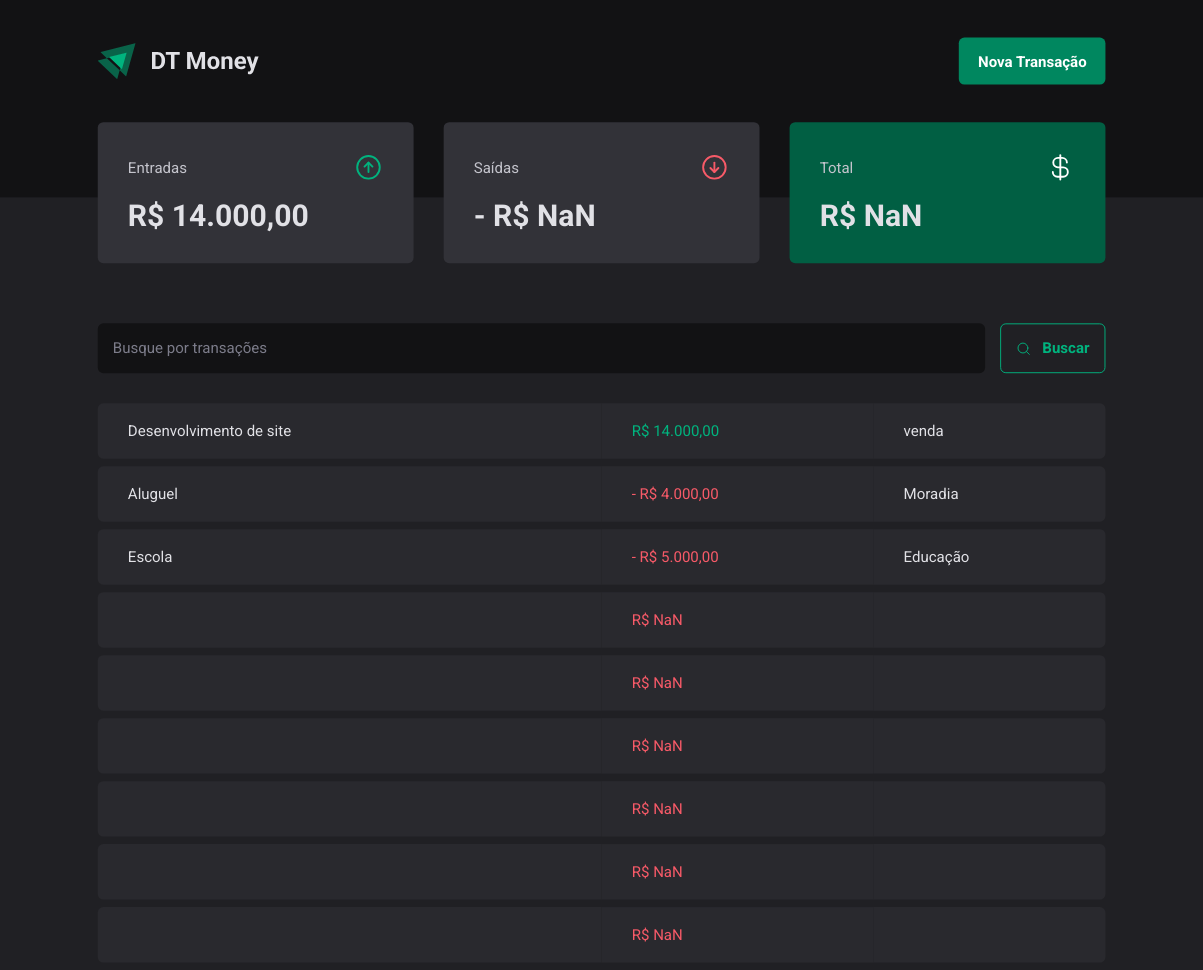
Repository: viniciusfg05/dtmoney
Page: /
The author's editor kept a copy of each file at every save. The page is drawn from the files as they stood at one save, then again after the next save.
The browser window is 1280 px wide. The pictures show the whole page, at 94% of full size.
The project was rebuilt for these pictures with package versions that can differ from the ones it lists, and the page was loaded fresh each time. Requests to the local data server were answered from the project's data file. Also part of the build but not shown: vite.config.ts.

Above is the page before, as saved 2022-10-11 14:03:06.

### index.html
<!DOCTYPE html>
<html lang="en">
  <head>
    <meta charset="UTF-8" />
    <link rel="preconnect" href="https://fonts.googleapis.com" />
    <link rel="preconnect" href="https://fonts.gstatic.com" crossorigin />

    <link rel="icon" type="image/svg+xml" href="/vite.svg" />
    <meta name="viewport" content="width=device-width, initial-scale=1.0" />

    <link
      href="https://fonts.googleapis.com/css2?family=Roboto:wght@400;700&display=swap"
      rel="stylesheet"
    />

    <title>dtmoney</title>
  </head>
  <body>
    <div id="root"></div>
    <script type="module" src="/src/main.tsx"></script>
  </body>
</html>

### src/App.tsx
import { ThemeProvider } from "styled-components";
import { CoffeeContextProvider } from "./components/context/contextApi";
import { Summary } from "./components/Summary";
import { Transations } from "./pages/Transations";
import { GlobalStyles } from "./Styles/Global";
import { defaultTheme } from './Styles/Theme/Default'


export function App() {

  return (
    <ThemeProvider theme={defaultTheme}>
      <CoffeeContextProvider>
        <Transations />



        <GlobalStyles />
      </CoffeeContextProvider>
    </ThemeProvider>
  )
}

### src/components/context/contextApi.tsx
import { createContext, ReactNode, useEffect, useState } from "react";

interface TransactionsProps {
    id: number;
    descriptions: string;
    type: "income" | "outcome"
    category: string;
    price: number;
    createdAt: string;
}


interface TransactionType {
    transactions: TransactionsProps[];
    fetchDataTransaction: (query?: any) => Promise<void>;
}

interface TransactioProviderProps {
    children: ReactNode
}

export const TransactionContext = createContext({} as TransactionType);

export function CoffeeContextProvider({ children }: TransactioProviderProps) {
    const [ transactions, setTransaction] = useState<TransactionsProps[]>([])


    async function fetchDataTransaction(query?: string) {
        const url = new URL("http://localhost:3000/transactions")

        if (query) {
             url.searchParams.append('q', query)
        }

        const response = await fetch(url)
        const data = await response.json()

        setTransaction(data)

        // await api
        // .get("/transactions") //rota possivelmente criariamos no futuro
        // .then((response) => setTransaction(response.data)); //console .log nos dados
    };

    useEffect(() => {
        fetchDataTransaction();
    }, []);

    return (
        <TransactionContext.Provider value={{ transactions, fetchDataTransaction }}>
            {children}
        </TransactionContext.Provider>
    )
}

### src/pages/Transations/index.tsx
import { useContext, useEffect, useState } from "react";
import { TransactionContext } from "../../components/context/contextApi";
import { Header } from "../../components/Header";
import { Summary } from "../../components/Summary";
import { dateFormatter, priceFormatter } from "../../components/Utils/Formated";
import { api } from "../../services/api";
import { SeachForm } from "./components/SeachForm";
import { PriceHightLightStyled, TransactionTableStyled, TransationsConteinerStyled } from "./styles";

interface transactionsProps {
    id: number;
    descriptions: string;
    type: "income" | "outcome"
    category: string;
    price: number;
    createdAt: string;
}

export function Transations() {
    const { transactions } = useContext(TransactionContext)

    return (
        <>
            <Header />
            <Summary />


            <TransationsConteinerStyled>
                <SeachForm />

                <TransactionTableStyled>
                    <tbody>
                        {transactions.map(transactions => (

                            <tr key={transactions.id}>
                            <td width="50%" >{transactions.descriptions}</td>
                            <td>
                                <PriceHightLightStyled variant={transactions.type}>
                                    {transactions.type === "outcome" && "- "}
                                    {priceFormatter.format(transactions.price)}
                                </PriceHightLightStyled>
                            </td>
                            <td>{transactions.category}</td>
                            {/* <td>{dateFormatter.format(new Date(transactions.createdAt))}</td> */}
                        </tr>
                        ))}
                    </tbody>
                </TransactionTableStyled>
            </TransationsConteinerStyled>
        </>
    )
}

### src/Styles/Global.tsx
import { createGlobalStyle } from 'styled-components'

export const GlobalStyles = createGlobalStyle`
  * {
    margin: 0;
    padding: 0;
    box-sizing: border-box;
    /* font-size: 87.5%; */
  }

  :focus {
    outline: 0;
    box-shadow: 0 0 0 2px ${(props) => props.theme['green-500']};
  }

  body {
    background: ${(props) => props.theme['gray-800']};
    color: ${(props) => props.theme['gray-100']};
    font-size: 2.4rem;
  }

  body, input, textarea, button {
    font-family: 'Roboto', sans-serif;
    font-weight: 400;
    font-size: 1rem;

    -webkit-font-smoothing: antialiased;
  }

  @media (max-width: 600px) {
    * {
    font-size: 87.5%;
    }
  }

`

### src/Styles/Theme/Default.ts
export const defaultTheme = {
  white: '#fff',

  'gray-100': '#E1E1E6',
  'gray-300': '#C4C4CC',
  'gray-400': '#8D8D99',
  'gray-500': '#7C7C8A',
  'gray-600': '#323238',
  'gray-700': '#29292E',
  'gray-800': '#202024',
  'gray-900': '#121214',

  'green-300': '#00B37E',
  'green-500': '#00875F',
  'green-700': '#015F43',

  'red-300': '#F75A68',
  'red-500': '#AB222E',
  'red-700': '#7A1921',
} as const

### src/components/Header/index.tsx
import logo from  '../../assets/logo.svg'
import * as Dialog from '@radix-ui/react-dialog';
import { HeaderContainerStyled, HeaderContentStyled, NewTransationButtonStyled } from './styles'
import { NewTransationModal } from '../NewTransaction';

const style = { background: "red",  }

export function Header() {

  return (
    <HeaderContainerStyled>
      <HeaderContentStyled>
        <img src={logo} alt="" />

        <Dialog.Root>
          <Dialog.Trigger asChild>
            <NewTransationButtonStyled>Nova Transação</NewTransationButtonStyled>
          </Dialog.Trigger>

          <NewTransationModal />

        </Dialog.Root>
      </HeaderContentStyled>
    </HeaderContainerStyled>
  )
}

### src/components/Summary/index.tsx
import { ArrowCircleDown, ArrowCircleUp, CurrencyDollar } from "phosphor-react";
import { useContext } from "react";
import { useSummary } from "../../hooks/useSummary";
import { TransactionContext } from "../context/contextApi";
import { priceFormatter } from "../Utils/Formated";
import { SummaryCardStyled, SummaryContainerStyled } from "./styles";

export function Summary() {
    const somarTransaction = useSummary()

    return (
        <SummaryContainerStyled>
            <SummaryCardStyled>
                <header>
                    <span>Entradas</span>

                    <ArrowCircleUp size={32}  color="#00b37e"/>
                </header>

                <strong>{priceFormatter.format(somarTransaction.income)}</strong>
            </SummaryCardStyled>

            <SummaryCardStyled>
                <header>
                    <span>Saídas</span>

                    <ArrowCircleDown size={32}  color="#f75a68"/>
                </header>

                <strong>
                    - {priceFormatter.format(somarTransaction.outcome)}</strong>
            </SummaryCardStyled>

            <SummaryCardStyled variant="green" >
                <header>
                    <span>Total</span>

                    <CurrencyDollar size={32}  color="#fff"/>
                </header>

                <strong>{priceFormatter.format(somarTransaction.total)}</strong>
            </SummaryCardStyled>


        </SummaryContainerStyled>
    )
}

### src/components/Utils/Formated.tsx

export const dateFormatter = new Intl.DateTimeFormat('pt-BR')

export const priceFormatter = new Intl.NumberFormat('pt-BR', {
    style: "currency",
    currency: "BRL"
})

### src/pages/Transations/components/SeachForm/index.tsx
import { MagnifyingGlass } from "phosphor-react";
import { useForm } from "react-hook-form";
import { SeshFormContainer } from "./styles";
import * as zod from "zod"
import { zodResolver } from "@hookform/resolvers/zod"
import { useContext } from "react";
import { TransactionContext } from "../../../../components/context/contextApi";



const serchFormSchema = zod.object({
    query: zod.string()
})

type SerchFormInput = zod.infer<typeof serchFormSchema>

export function SeachForm() {
    const { fetchDataTransaction } = useContext(TransactionContext)


    const {  register, handleSubmit, formState: { isSubmitted }} = useForm<SerchFormInput>({
        resolver: zodResolver(serchFormSchema)
    })

    async function handleSearchTransactions(data: SerchFormInput) {
        await  fetchDataTransaction(data.query)
    }

    return (
        <SeshFormContainer onSubmit={handleSubmit(handleSearchTransactions)}>
            <input
                type="text"
                placeholder="Busque por transações"
                {...register('query')}
            />

            <button type="submit" disabled={isSubmitted}>
                <MagnifyingGlass />
                Buscar
            </button>
        </SeshFormContainer>
    )
}

### src/pages/Transations/styles.ts
import styled from "styled-components";

export const TransationsConteinerStyled = styled.div`
    width: 100%;
    max-width:  1120px;

    margin: 4rem auto 0;
    padding: 0 1.5rem;
`

export const TransactionTableStyled = styled.table`
    width: 100%;
    border-collapse: separate;
    border-spacing: 0 0.5rem;
    margin-top: 1.5rem;

    td {
        padding:  1.25rem 2rem;
        background: ${(props) => props.theme["gray-700"]};

        &:first-child {
            border-top-left-radius: 6px;
            border-bottom-left-radius: 6px;
        }

        &:last-child {
            border-top-right-radius: 6px;
            border-bottom-right-radius: 6px;
        }
    }
`

interface PriceHightLightStyledProps {
    variant?: 'income' | 'outcome'
}

export const PriceHightLightStyled = styled.span<PriceHightLightStyledProps>`
    color: ${(props) => props.variant === 'income' ? props.theme["green-300"] : props.theme["red-300"]} ;
`

### src/components/Header/styles.ts
import styled from 'styled-components'


export const HeaderContainerStyled = styled.header`
    background:  ${(props) => props.theme['gray-900']};
    padding: 2.5rem 0 7.5rem 0;
`

export const HeaderContentStyled = styled.div`
    width: 100%;
    max-width:  1120px;

    margin: 0 auto;
    padding: 0 1.5rem;

    display: flex;
    align-items: center;
    justify-content: space-between;
`

export const NewTransationButtonStyled = styled.button`
    height: 50px;
    border: 0;
    background: ${(props) => props.theme['green-500']};
    color: ${(props) => props.theme.white};
    font-weight: bold;
    padding: 0 1.25rem;
    border-radius: 6px;
    cursor: pointer;

    &:hover {
        transition:  background-color 0.3s;
        background: ${(props) => props.theme['green-700']};

    }

`

### src/hooks/useSummary.tsx
import { useContext } from "react";
import { TransactionContext } from "../components/context/contextApi";

export function useSummary() {

const { transactions } = useContext(TransactionContext)

    const somarTransaction = transactions.reduce((acc, transaction ) => {
        if(transaction.type === "income") {
            acc.income += transaction.price; // pega o acc Income e soma com o price
            acc.total += transaction.price
        } else {
            acc.outcome += transaction.price; // pega o acc Outcome e soma com o price
            acc.total -= transaction.price
        }

        return acc
    }, {
        //Estrutura Inicial de dados
        income: 0,
        outcome: 0,
        total: 0,
    })

    return somarTransaction
}

### src/components/Summary/styles.ts
import styled, { css } from "styled-components";

export const SummaryContainerStyled = styled.section`
    width: 100%;
    max-width:  1120px;

    margin: 0 auto;
    padding: 0 1.5rem;

    display:  grid;
    grid-template-columns: repeat(3, 1fr);

    margin-top: -5rem;
    gap: 2rem
`

interface SummaryCardProps {
    variant?: 'green'
}

export const SummaryCardStyled = styled.div<SummaryCardProps>`
    background: ${(props) => props.theme['gray-600']} ;
    border-radius: 6px;
    padding: 2rem;

    header {
        display: flex;
        align-items: center;
        justify-content: space-between;
        color: ${(props) => props.theme['gray-300']};
    }

    strong {
        display: block;
        margin-top: 1rem;
        font-size: 2rem;
    }

    ${props => props.variant === 'green' && css`
        background: ${props.theme['green-700']}; ;
    `}
`

### src/pages/Transations/components/SeachForm/styles.ts
import styled from "styled-components";

export const SeshFormContainer = styled.form`
    display: flex;
    gap: 1rem;

    max-width:  1120px;

    margin: 0 auto;

    /* @media (max-width: 380px) {

        padding: 0 1.5rem;
    }
     */
    input {
        flex: 1;
        border-radius: 6px;
        border: 0;
        background: ${props => props.theme["gray-900"]};
        color: ${props => props.theme["gray-300"]};
        padding: 1rem;

        &::placeholder {
            color: ${props => props.theme["gray-500"]};
        }
    }

    button {
        display: flex;
        align-items: center;
        gap: 0.75rem;

        border: 0;
        padding: 1rem;
        background: transparent;
        border: 1px solid ${props => props.theme["green-300"]};
        color: ${props => props.theme["green-300"]};
        font-weight: bold;
        border-radius: 6px;

        &:disabled {
            opacity: 0.5;
        }

        &:not(:disabled):hover {
            background: ${props => props.theme["green-500"]};
            border: 1px solid ${props => props.theme["green-500"]};
            color: ${props => props.theme["white"]};

            transition:  background-color 0.3s, color 0.3s;
            cursor: pointer;
        }
    }
`

### src/components/NewTransaction/styles.ts
import * as Dialog from '@radix-ui/react-dialog';
import * as RadioGroup from '@radix-ui/react-radio-group';
import styled from 'styled-components';
import { Transations } from '../../pages/Transations';


export const Overlay = styled(Dialog.Overlay)`
    position: fixed;
    width: 100vw;
    height: 100vh;
    inset: 0;

    background: rgba(0, 0 , 0, 0.75);
`

export const Content = styled(Dialog.Content)`
    min-width: 32rem;
    border-radius:  6px;
    padding:  2.5rem 3rem;
    background: ${props => props.theme['gray-800']};

    position: fixed;
    top: 50%;
    left: 50%;
    transform: translate(-50%, -50%); //Centralizar elementos na tela

    form {
        margin-top: 2rem;
        display: flex;
        flex-direction: column;
        gap: 1rem;

        input {
            border-radius: 6px;
            border: 0;
            background: ${props => props.theme['gray-900']};
            color: ${props => props.theme['gray-300']};
            padding: 1rem;

            &::placeholder {
                color: ${props => props.theme['gray-500']};

            }
        }

        button[type="submit"] {
            height: 3.62rem;
            border: 0;
            background: ${props => props.theme['green-500']};
            color: ${props => props.theme.white};
            font-weight: bold;
            padding: 0 1.25rem;
            border-radius: 6px;
            margin-top:  1.5rem;
            transition: background-color 0.3s, color;

            &:disabled {
                opacity: 0.5;
            }

            &:not(:disabled):hover {
                background: ${props => props.theme['green-700']};
                color: ${props => props.theme['gray-300']};
                cursor: pointer;

            }
        }
    }
`

export const  ButtonClose = styled(Dialog.Close)`
    display: flex;
    align-items: center;
    justify-content: center;

    position: absolute;

    background: transparent;
    border: 0;
    line-height: 0;
    top: 1.5rem;
    right: 1.5rem;

    cursor: pointer;
    color: ${props => props.theme['gray-500']};
`


interface TransationsTypeButtonProps {
    variant?: 'income' | 'outcome'
}

export const TransitionType = styled(RadioGroup.Root)`
    display: grid;
    grid-template-columns: 1fr 1fr;

    gap: 1rem;
    margin-top: 0.5rem;
`

export const TransationTypeButton = styled(RadioGroup.Item)<TransationsTypeButtonProps>`
    background: ${props => props.theme['gray-700']};
    padding: 1rem;
    display: flex;
    align-items: center;
    justify-content: center;
    gap: 0.5rem;
    border-radius: 6px;
    cursor: pointer;
    border: 0;
    color: ${props => props.theme['gray-300']};

    svg {
        color: ${props => props.variant === 'income' ? props.theme['green-300'] : props.theme['red-300']}
    }

    &[data-state='unchecked']:hover {
        background: ${props => props.theme['gray-600']};
        transition: background-color 0.3s;
    }

    &[data-state='checked'] {
        background: ${props => props.variant === 'income' ? props.theme['green-300'] : props.theme['red-500']};
        transition: 0.3s;

        svg {
            color: ${props => props.theme.white};
        }
    }
`

Loaded but not shown: src/main.tsx (common file); server.json (46 lines, source omitted); src/components/NewTransaction/index.tsx (95 lines, source omitted)

After the next save:
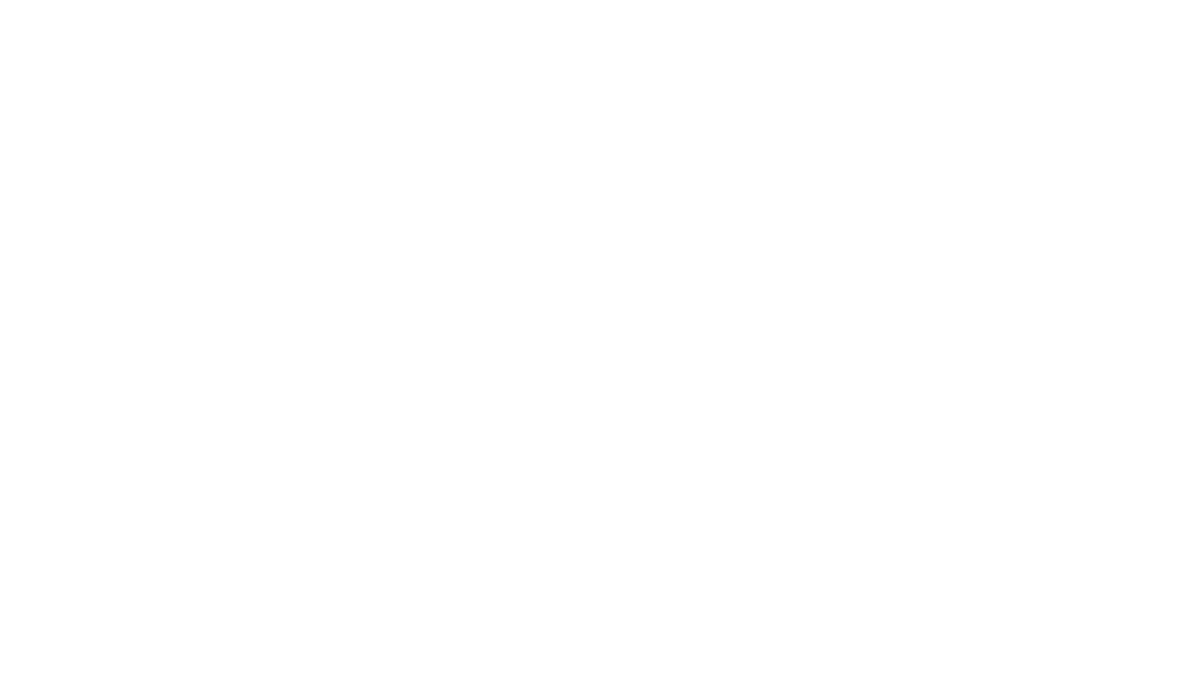
Console error (its wording comes from the project's code and is left out).
Saved 89 s later.
--- a/src/pages/Transations/index.tsx
+++ b/src/pages/Transations/index.tsx
@@ -13,7 +13,7 @@
     type: "income" | "outcome"
     category: string;
     price: number;
-    createdAt: string;
+    createdAt: any;
 }
 
 export function Transations() {
@@ -41,7 +41,7 @@
                                 </PriceHightLightStyled>
                             </td>
                             <td>{transactions.category}</td>
-                            {/* <td>{dateFormatter.format(new Date(transactions.createdAt))}</td> */}
+                            <td>{dateFormatter.format(new Date(transactions.createdAt))}</td>
                         </tr>
                         ))}
                     </tbody>

After the save that followed:
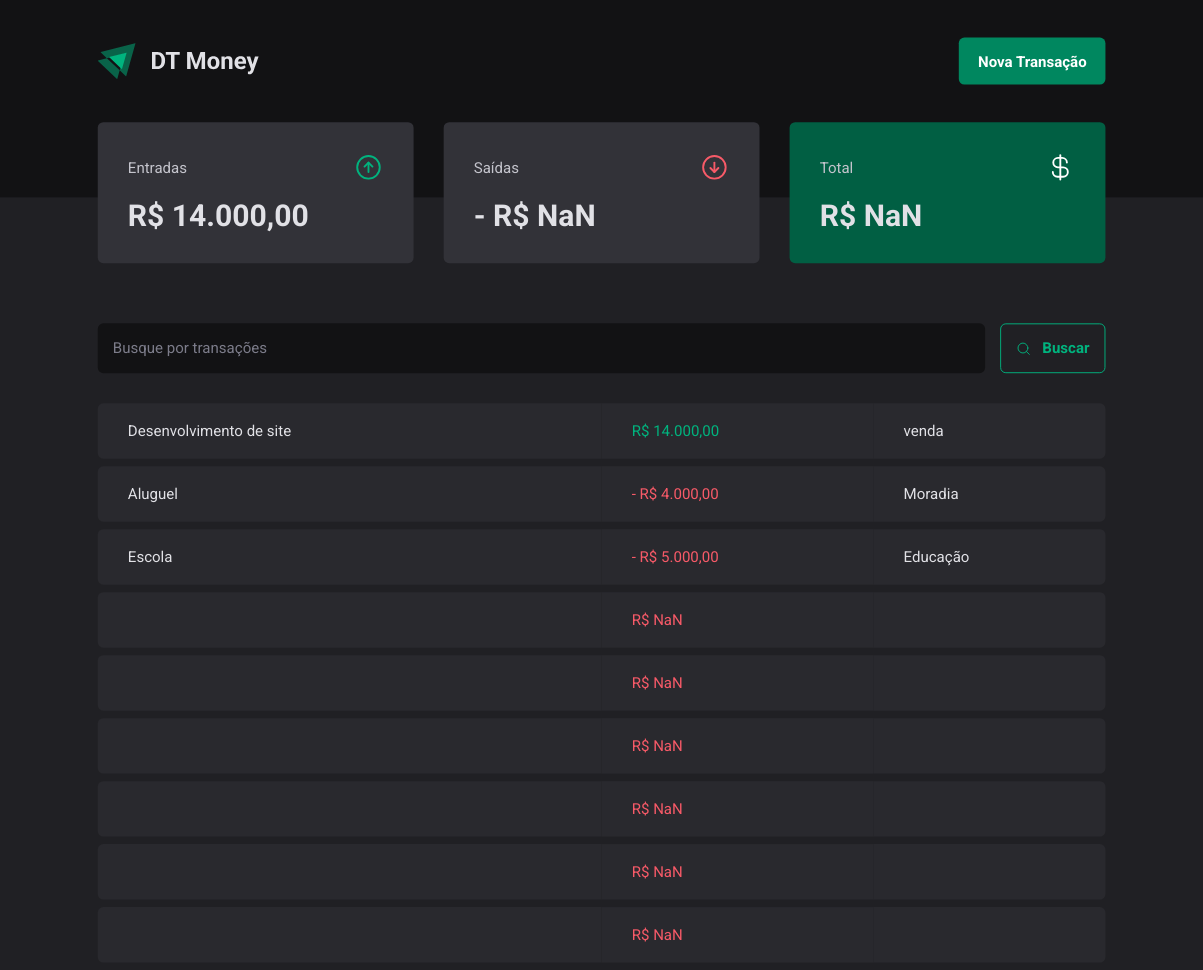
The error is gone.
Saved 37 s later.
--- a/src/pages/Transations/index.tsx
+++ b/src/pages/Transations/index.tsx
@@ -41,7 +41,7 @@
                                 </PriceHightLightStyled>
                             </td>
                             <td>{transactions.category}</td>
-                            <td>{dateFormatter.format(new Date(transactions.createdAt))}</td>
+                            {/* <td>{dateFormatter.format(new Date(transactions.createdAt))}</td> */}
                         </tr>
                         ))}
                     </tbody>
